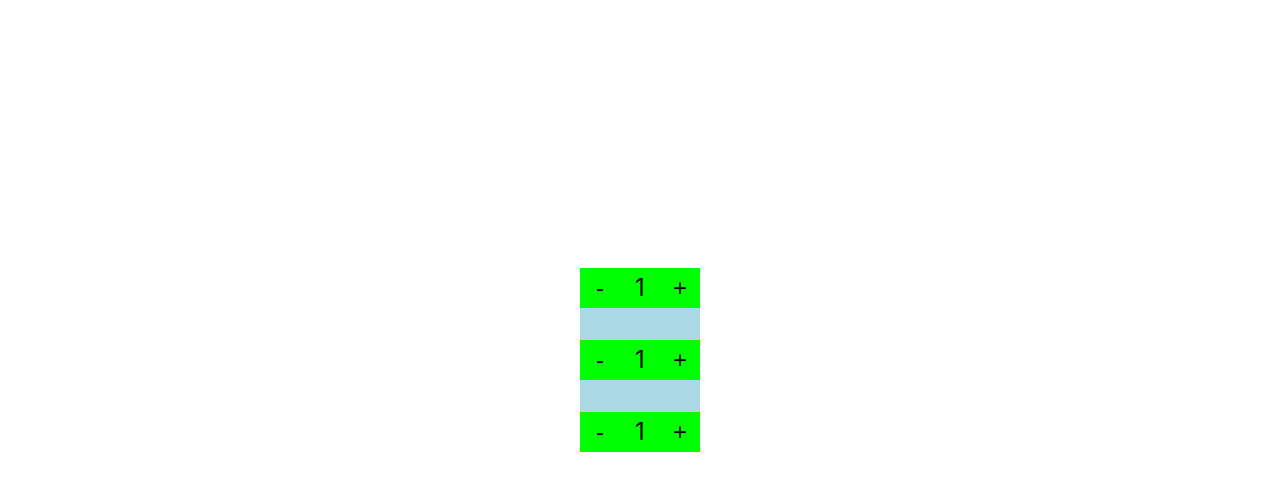
Repository: max535/test-task-netrika
Page: /
An editor plug-in stored every save of this project. The page is shown before and after the next save, followed by the edit.
The browser window is 1280 px wide. The pictures show the whole page.
The project was rebuilt for these pictures with package versions that can differ from the ones it lists, and the page was loaded fresh each time.

Above is the page before, as saved 2021-10-16 07:36:20.

After the next save:
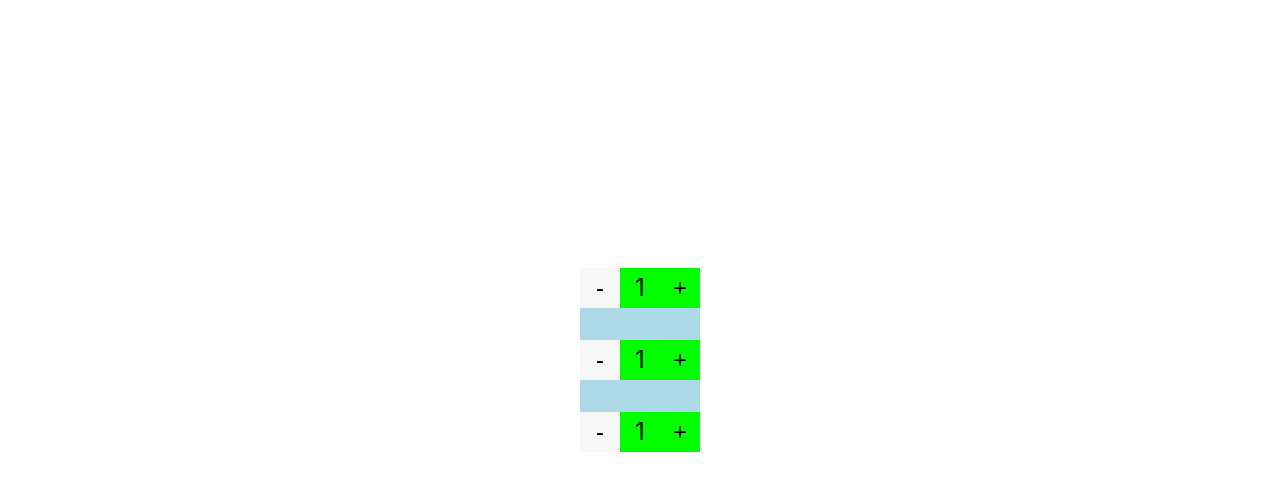
Saved 20 s later.
--- a/src/Counter/Counter.css
+++ b/src/Counter/Counter.css
@@ -30,7 +30,7 @@
 }
 
 .Decrement, .Increment:hover {
-
+    background-color: #F7F7F7;
 }
 
 /* .Increment {
